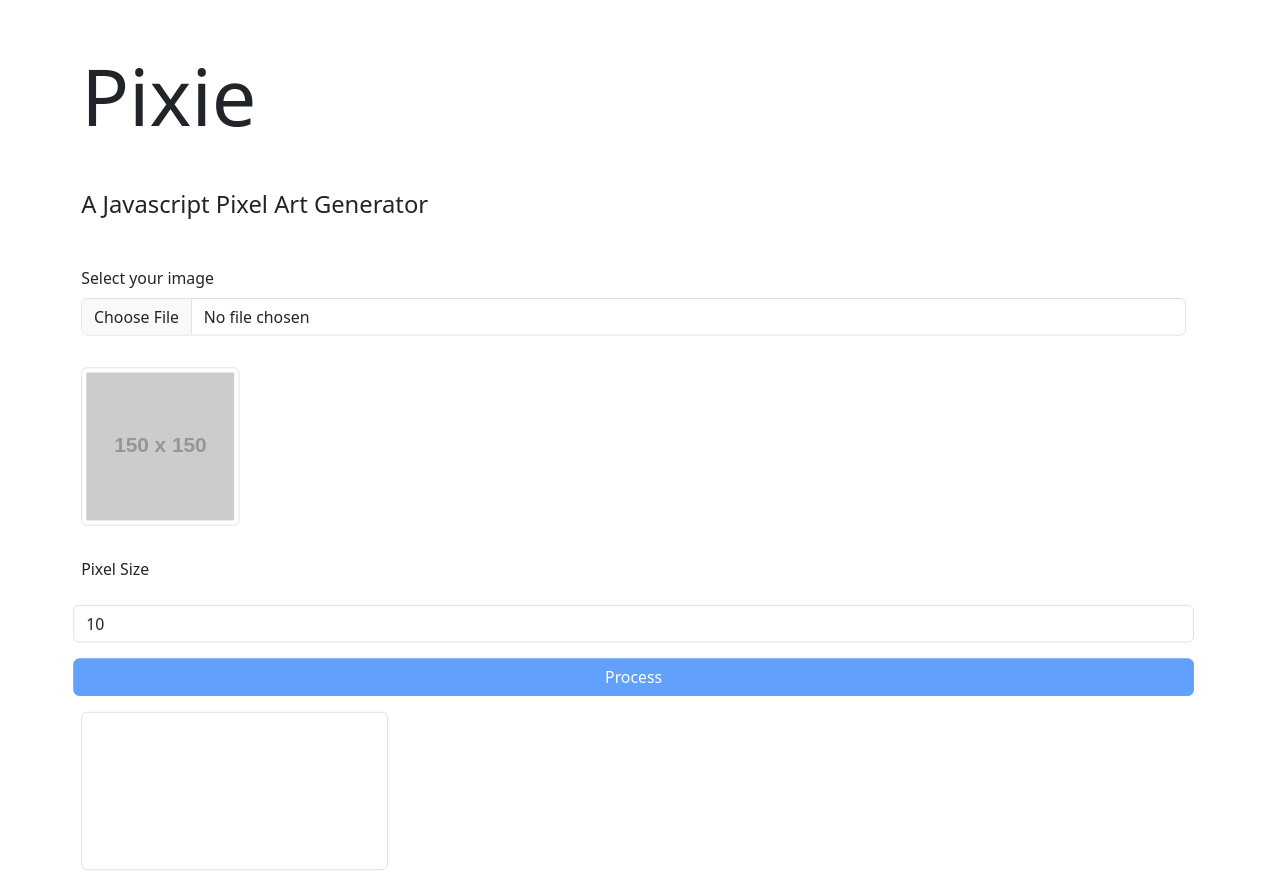
Repository: BigEmperor26/Pixie
Page: index.html
The author's editor kept a copy of each file at every save. The page is drawn from the files as they stood at one save, then again after a run of saves.
The browser window is 1280 px wide. The pictures show the whole page, at 99% of full size.

Above is the page before, as saved 2023-12-08 15:56:50.
Console error: ReferenceError: onOpenCvReady is not defined

After the next 2 saves:
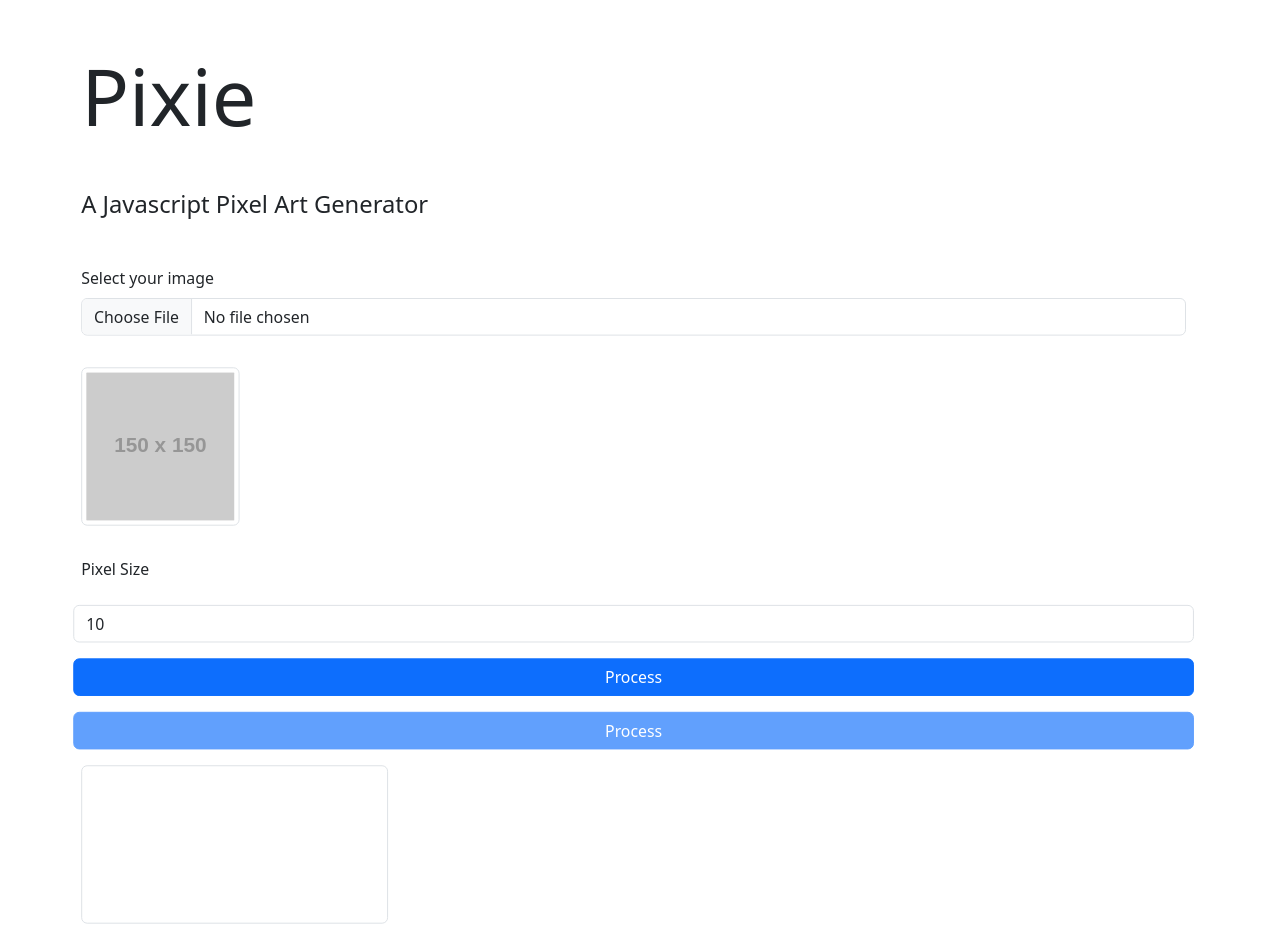
The 2 saves are shown as one change because they came seconds apart.
The last was saved 52 s later.
--- a/index.html
+++ b/index.html
@@ -21,6 +21,7 @@
         </div>
         <label for="exampleFormControlInput1" class="form-label">Pixel Size</label>
         <input type="text" class="form-control" id="exampleFormControlInput1" placeholder="10" value="10" required>
+        <button type="submit" class="btn btn-primary" id="processButton">Process</button>
         <button type="submit" class="btn btn-primary disabled" id="processButton">Process</button>
     </form>
   <!-- Content here -->
